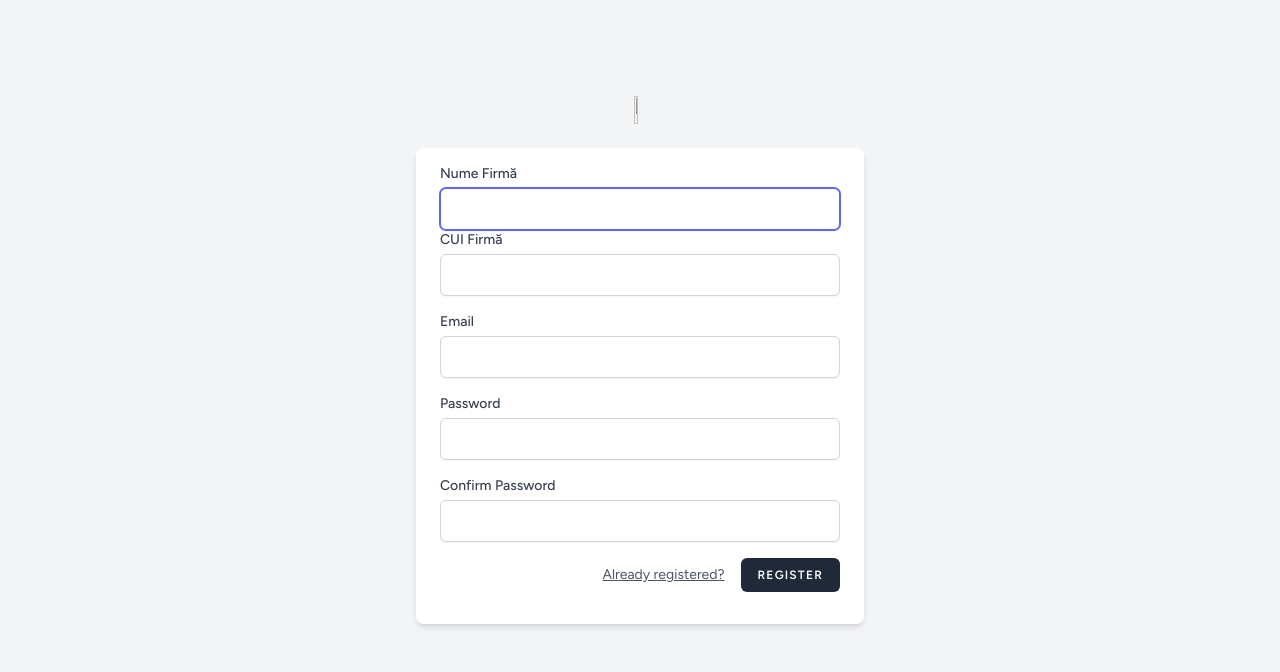
Repository: cosmin05072018/fantastic-events-manager
Page: http://localhost/register
The author's editor kept a copy of each file at every save. The page is drawn from the files as they stood at one save, then again after the next save.
The browser window is 1280 px wide. The pictures show the whole page.
The page is served by the project's Laravel application, run on PHP 8.4 with Laravel 10. Style sheets and scripts are compiled from the project's sources, by tool versions that may differ from the author's.

Above is the page before, as saved 2024-11-03 18:00:23.

After the next save:
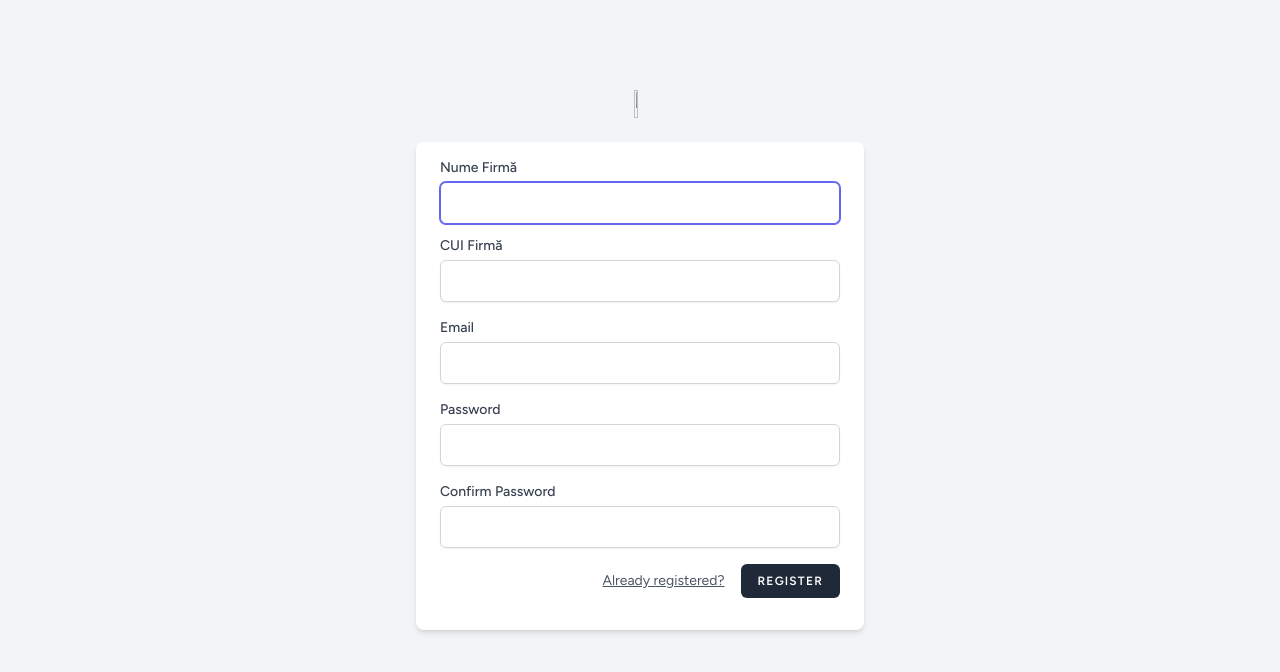
Saved 26 s later.
--- a/resources/views/auth/register.blade.php
+++ b/resources/views/auth/register.blade.php
@@ -20,7 +20,7 @@
 
         <!-- CUI Firmă -->
         <div>
-            <x-input-label for="name" :value="__('CUI Firmă')" />
+            <x-input-label class="mt-3" for="name" :value="__('CUI Firmă')" />
             <x-text-input id="name" class="block mt-1 w-full" type="number" name="name" :value="old('name')" required autofocus autocomplete="name" />
             <x-input-error :messages="$errors->get('name')" class="mt-2" />
         </div>
